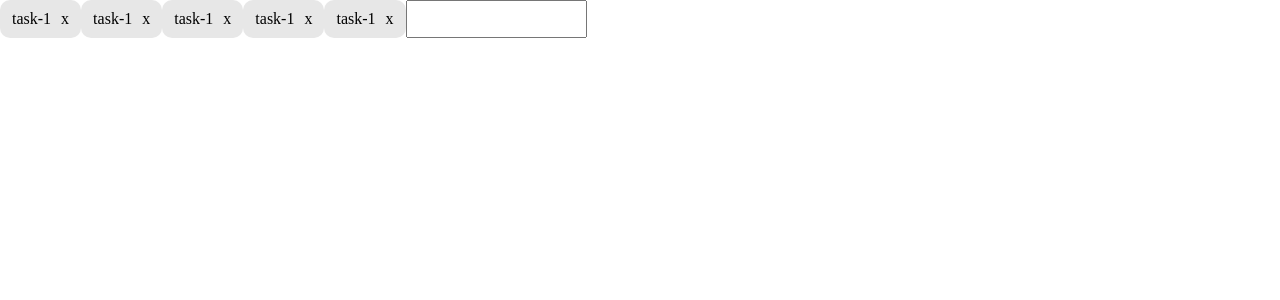
Repository: OkazakiTruong/selectOption
Page: /
An editor plug-in stored every save of this project. The page is shown before and after the next save, followed by the edit.
The browser window is 1280 px wide. The pictures show the whole page.
The project was rebuilt for these pictures with package versions that can differ from the ones it lists, and the page was loaded fresh each time. Also part of the build but not shown: vite.config.js.

Above is the page before, as saved 2024-01-17 20:55:44.

After the next save:
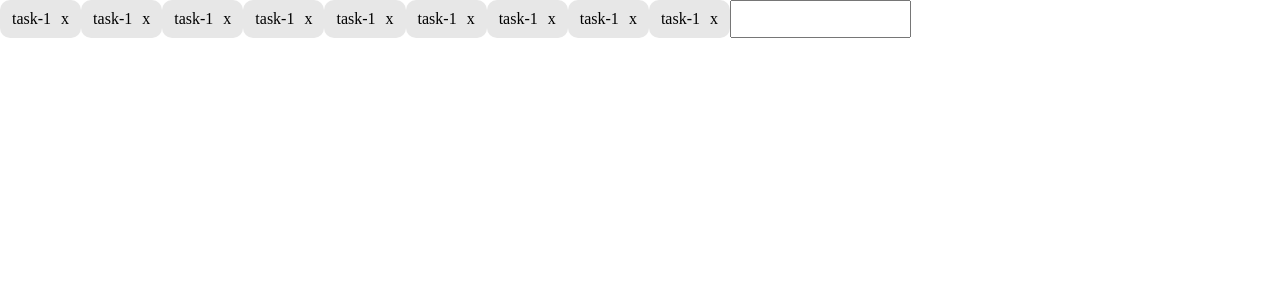
Saved 7 s later.
--- a/src/SelectBox/SelectBoxContainer.jsx
+++ b/src/SelectBox/SelectBoxContainer.jsx
@@ -25,6 +25,22 @@ export const SelectBoxContainer = () => {
           <span>task-1</span>
           <span className="btn-delete">x</span>
         </div>
+        <div className="select-item">
+          <span>task-1</span>
+          <span className="btn-delete">x</span>
+        </div>
+        <div className="select-item">
+          <span>task-1</span>
+          <span className="btn-delete">x</span>
+        </div>
+        <div className="select-item">
+          <span>task-1</span>
+          <span className="btn-delete">x</span>
+        </div>
+        <div className="select-item">
+          <span>task-1</span>
+          <span className="btn-delete">x</span>
+        </div>
         <input className="input"></input>
       </div>
     </div>
